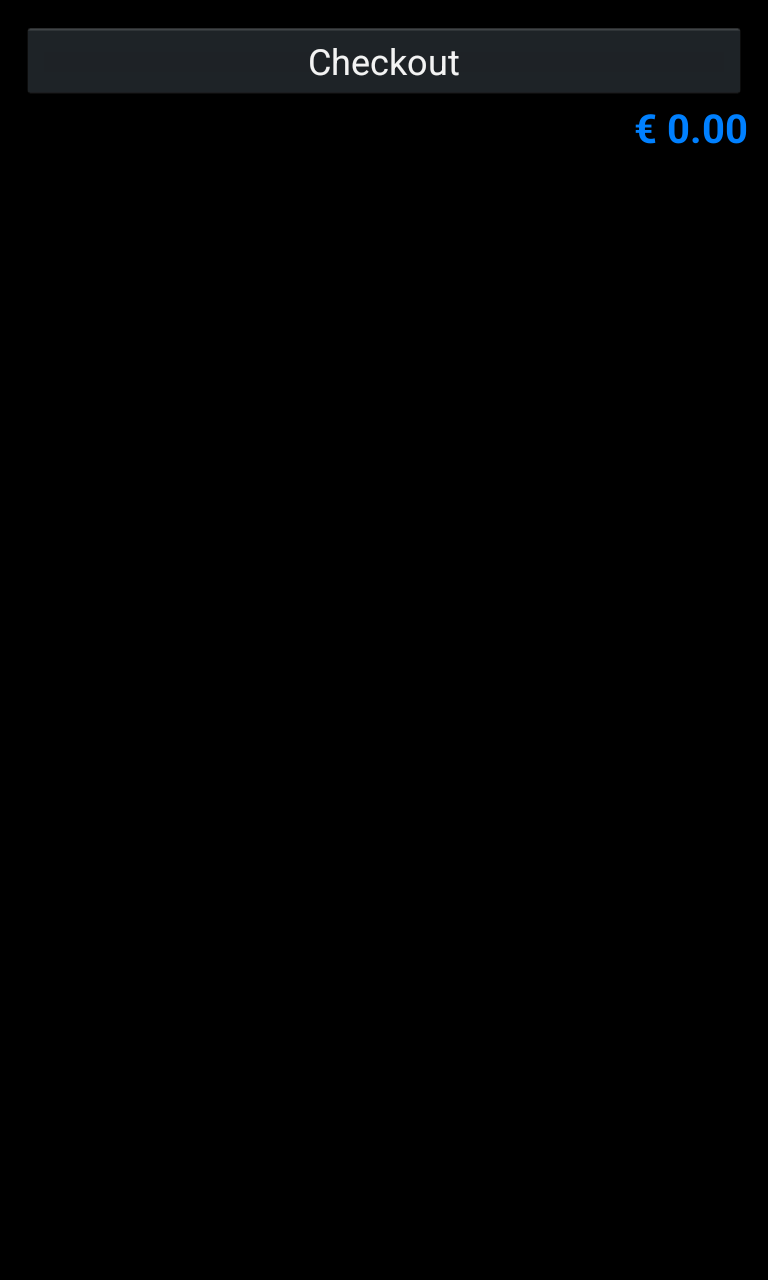
Repository: Adammdit/DT2283GUI
Layout: GunSmoke/res/layout/activity_main.xml
The author's editor kept a copy of each file at every save. The layout is drawn from the files as they stood at one save, then again after the next save.
It is drawn on a 768 x 1280 px phone screen (xhdpi) without system bars, with theme android:Theme.Holo; the app's code is not run. Lists and similar views that code fills are empty.

Above is the layout before, as saved 2014-11-08 11:23:46.

### GunSmoke/res/layout/activity_main.xml
<LinearLayout xmlns:android="http://schemas.android.com/apk/res/android"
    xmlns:tools="http://schemas.android.com/tools"
    android:id="@+id/LinearLayout1"
    android:layout_width="match_parent"
    android:layout_height="match_parent"
    android:paddingBottom="10dp"
    android:paddingLeft="10dp"
    android:paddingRight="10dp"
    android:paddingTop="10dp"
    android:orientation="vertical"
    tools:context=".MainActivity" >

    <Button
        android:id="@+id/button1"
        android:layout_width="match_parent"
        android:layout_height="40dp"
        android:layout_gravity="center_horizontal|center"
        android:text="Checkout" />

    <TextView
        android:id="@+id/cartTotal"
        android:layout_width="match_parent"
  		android:layout_height="wrap_content"
  		android:gravity="right"
        android:textSize="20sp"
  		android:text="€ 0.00"
  		android:textColor="@color/total"
  		android:textStyle="bold" />

    <ExpandableListView
        android:id="@+id/listView"
        android:layout_width="match_parent"
        android:layout_height="wrap_content" >
    </ExpandableListView>



</LinearLayout>

### GunSmoke/res/values/colors.xml
<?xml version="1.0" encoding="utf-8"?>
<resources>
	<color name="khaki">#663300</color>
	<color name="price">#E5FFCC</color>
	<color name="name">#CC6600</color>
	<color name="total">#0080FF</color>
</resources>

After the next save:
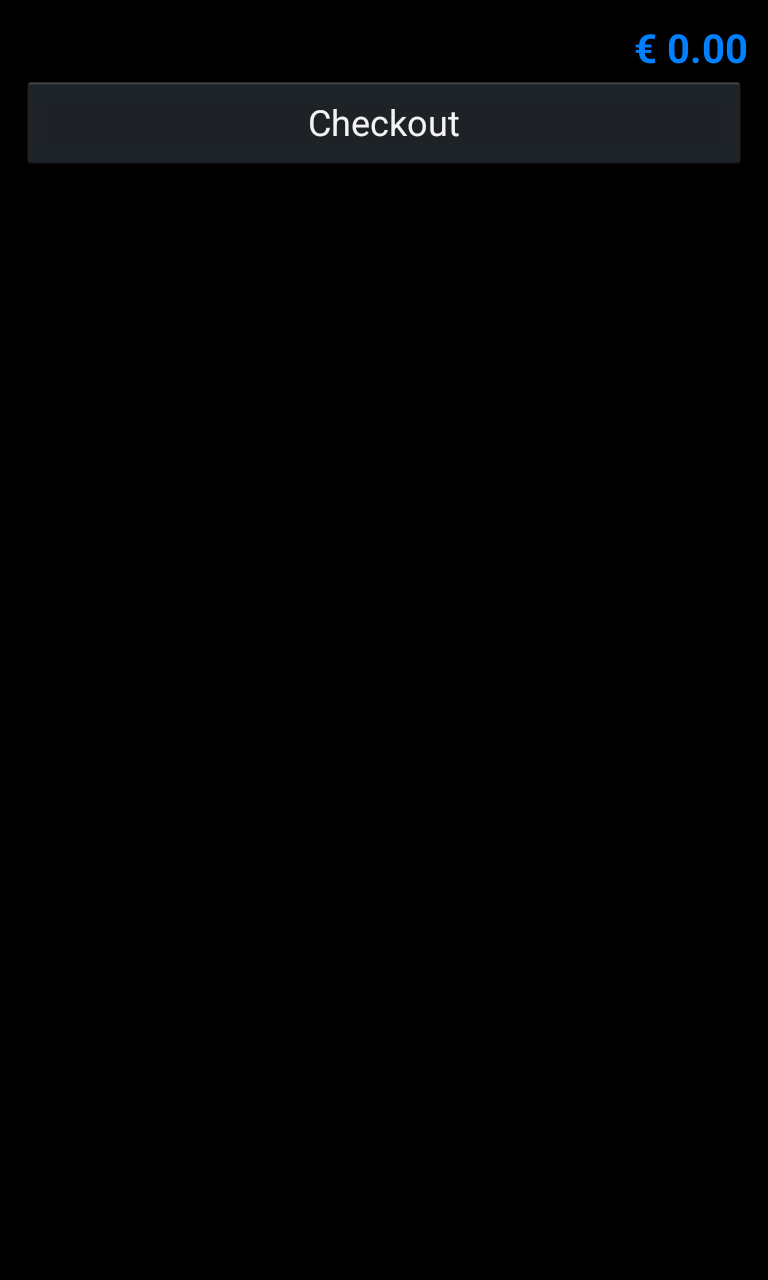
Saved 44 s later.
--- a/GunSmoke/res/layout/activity_main.xml
+++ b/GunSmoke/res/layout/activity_main.xml
@@ -10,13 +10,6 @@
     android:orientation="vertical"
     tools:context=".MainActivity" >
 
-    <Button
-        android:id="@+id/button1"
-        android:layout_width="match_parent"
-        android:layout_height="40dp"
-        android:layout_gravity="center_horizontal|center"
-        android:text="Checkout" />
-
     <TextView
         android:id="@+id/cartTotal"
         android:layout_width="match_parent"
@@ -27,6 +20,13 @@
   		android:textColor="@color/total"
   		android:textStyle="bold" />
 
+    <Button
+        android:id="@+id/button1"
+        android:layout_width="match_parent"
+        android:layout_height="wrap_content"
+        android:layout_gravity="center_horizontal|center"
+        android:text="Checkout" />
+
     <ExpandableListView
         android:id="@+id/listView"
         android:layout_width="match_parent"
